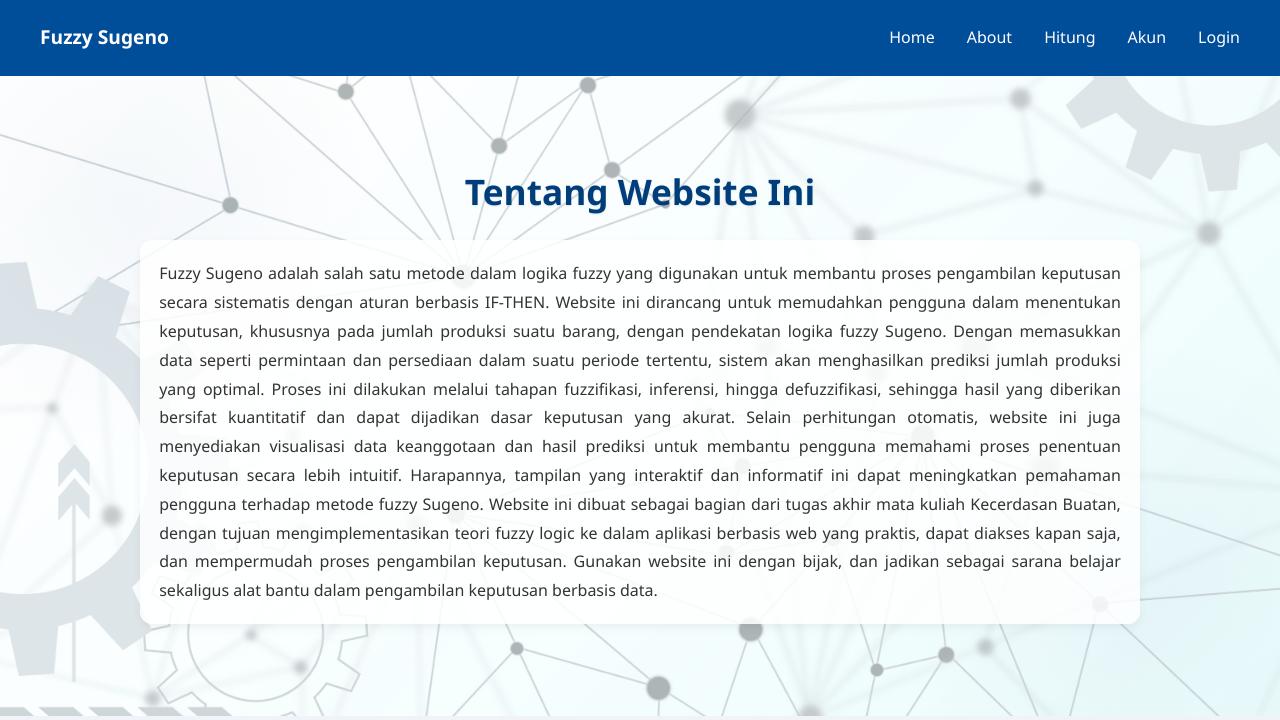
Repository: Senicccc/Defuzzy-Sugeno
Page: http://localhost/php/about.php
An editor plug-in stored every save of this project. The page is shown before and after the next save, followed by the edit.
The browser window is 1280 px wide. The pictures show the whole page.
The page is run by PHP 8.4 with error messages shown; the project is at /var/www/html/.

Above is the page before, as saved 2025-06-09 11:29:36.

After the next save:
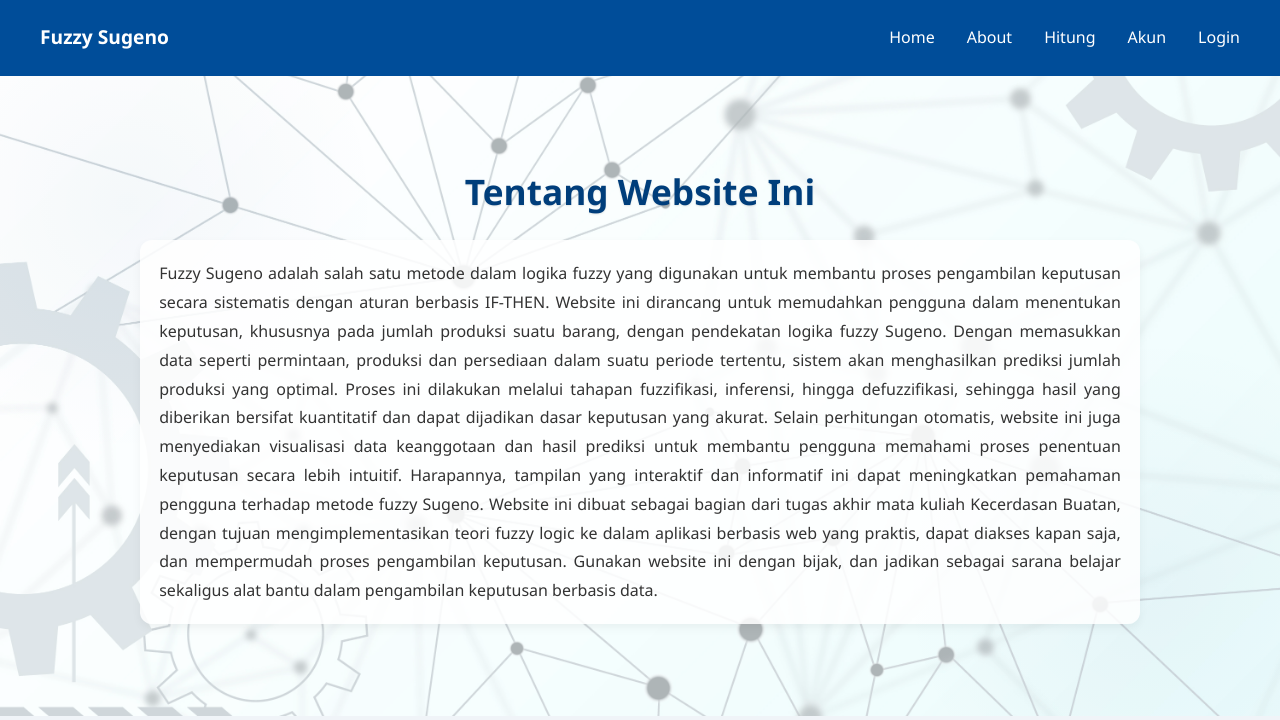
Saved 43 s later.
--- a/php/about.php
+++ b/php/about.php
@@ -22,7 +22,7 @@
             dalam menentukan keputusan, khususnya pada jumlah produksi suatu barang, dengan pendekatan logika fuzzy
             Sugeno.
 
-            Dengan memasukkan data seperti permintaan dan persediaan dalam suatu periode tertentu, sistem akan
+            Dengan memasukkan data seperti permintaan, produksi dan persediaan dalam suatu periode tertentu, sistem akan
             menghasilkan prediksi jumlah produksi yang optimal. Proses ini dilakukan melalui tahapan fuzzifikasi,
             inferensi, hingga defuzzifikasi, sehingga hasil yang diberikan bersifat kuantitatif dan dapat dijadikan
             dasar keputusan yang akurat.
